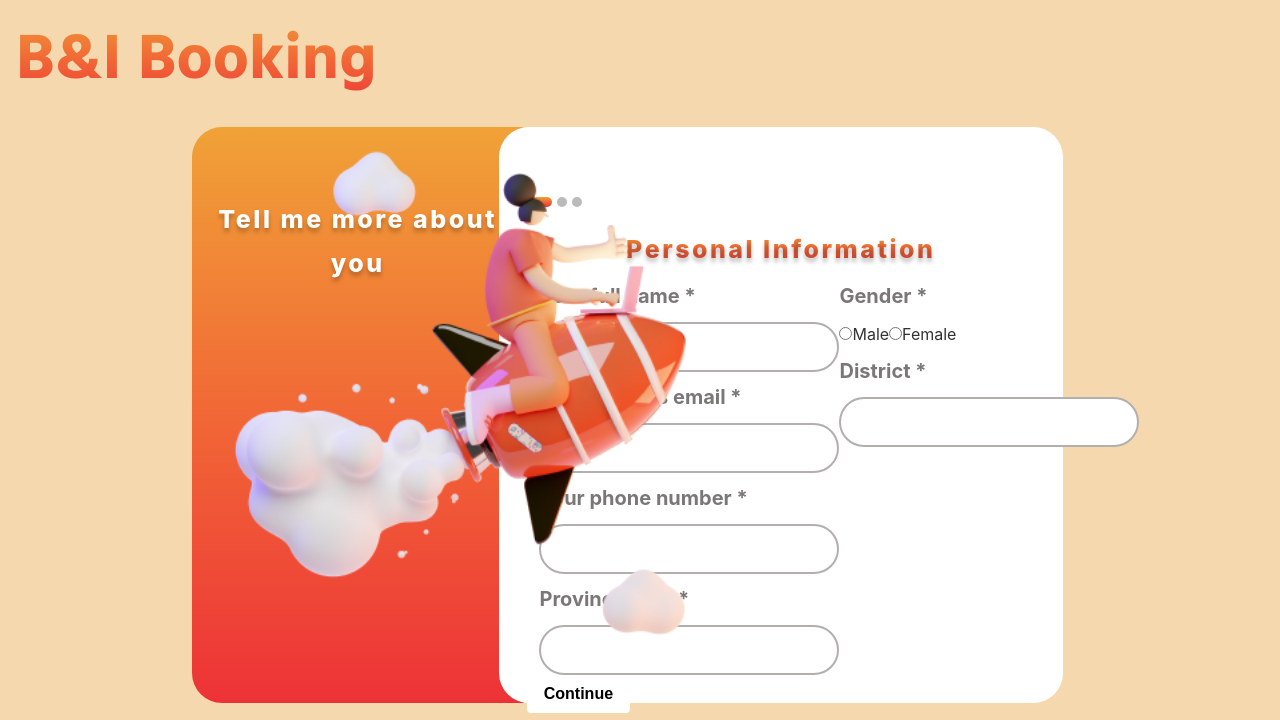
Repository: Grand-Line-PNV/FE-BIBooking
Page: /
An editor plug-in stored every save of this project. The page is shown before and after the next save, followed by the edit.
The browser window is 1280 px wide. The pictures show the whole page.
The project was rebuilt for these pictures with package versions that can differ from the ones it lists, and the page was loaded fresh each time. Also part of the build but not shown: src/App.css.

Above is the page before, as saved 2023-02-06 10:41:51.

After the next save:
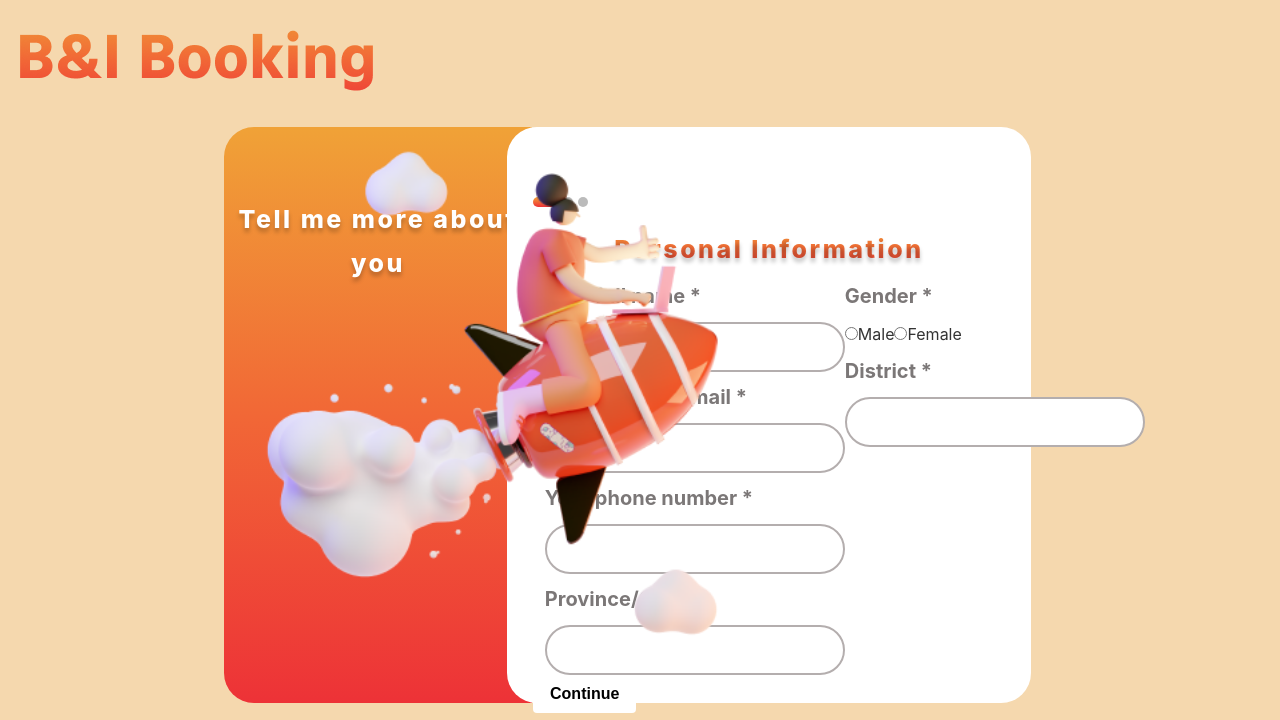
Saved 7 s later.
--- a/src/view/pages/Influencers/PersonalInformation/PersonalInformation.module.scss
+++ b/src/view/pages/Influencers/PersonalInformation/PersonalInformation.module.scss
@@ -16,7 +16,7 @@
   background-color: var(--Wheat-color);
   font-family: var(--Inter-font-family);
   & .container {
-    width: 70%;
+    width: 65%;
     // height: 50vh;
     // background-color: white;
     margin: 0 auto;
